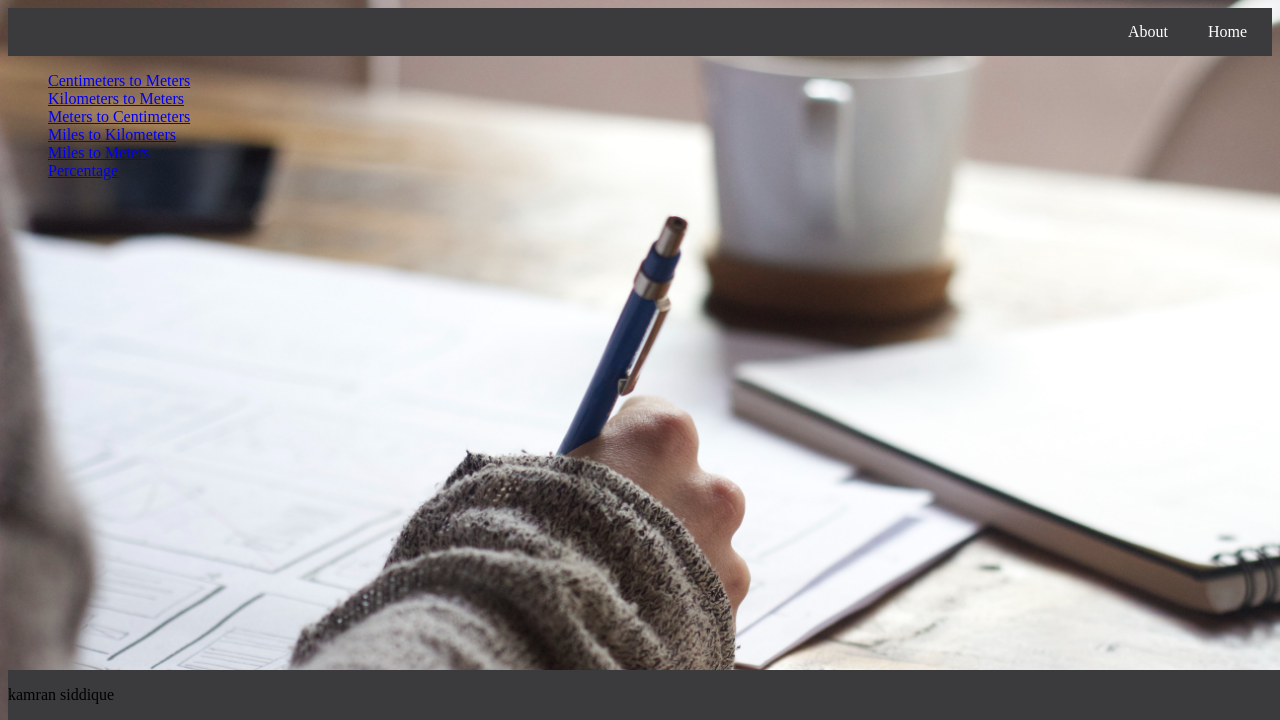
Repository: Kamrangujjar85112/Length-Converter
Page: html/home.html
These files come from the project's save history. The page is drawn as it stood at one moment and after the next save; the edit follows.
The browser window is 1280 px wide. The pictures show the whole page.

Above is the page before, as saved 2022-01-21 04:09:50.

After the next save:
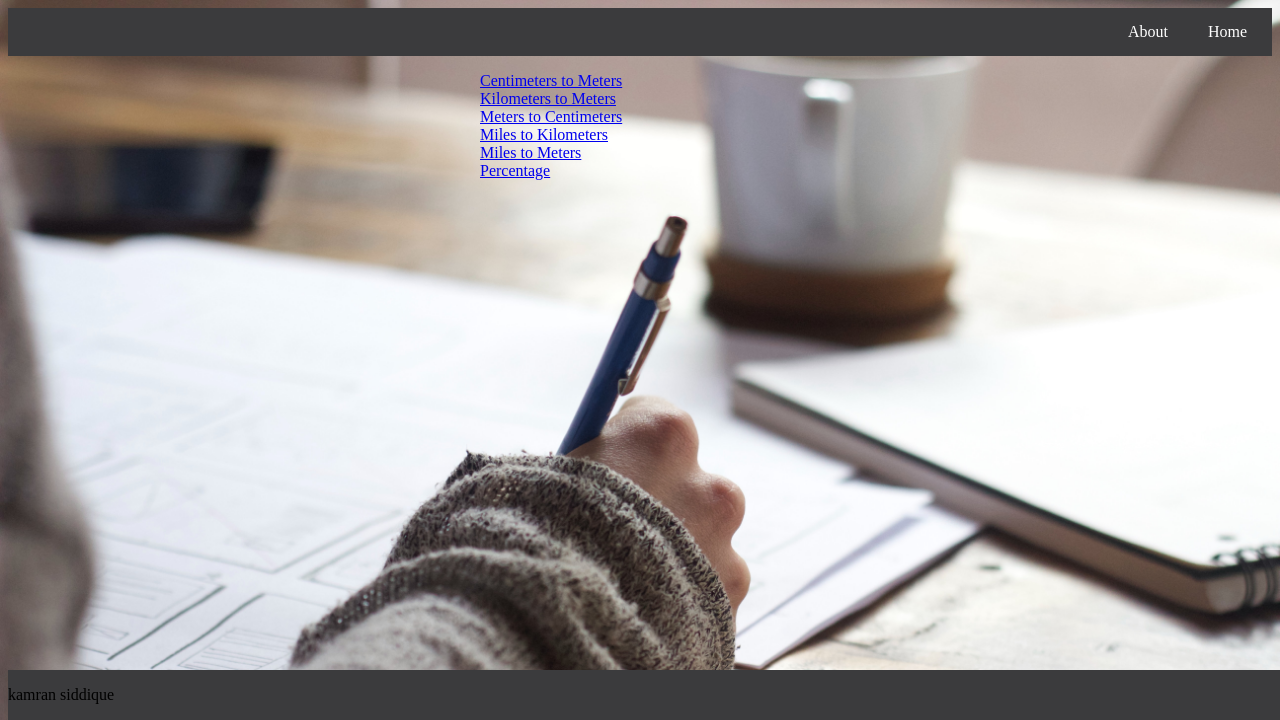
Saved 21 s later.
--- a/css/style.css
+++ b/css/style.css
@@ -51,8 +51,9 @@
 .box{
     display: flex;
   align-items: center;
+  justify-content: center;
 }
 .box div {
-    width: 300px;
+    width: 400px;
     height: 100px;
   }
